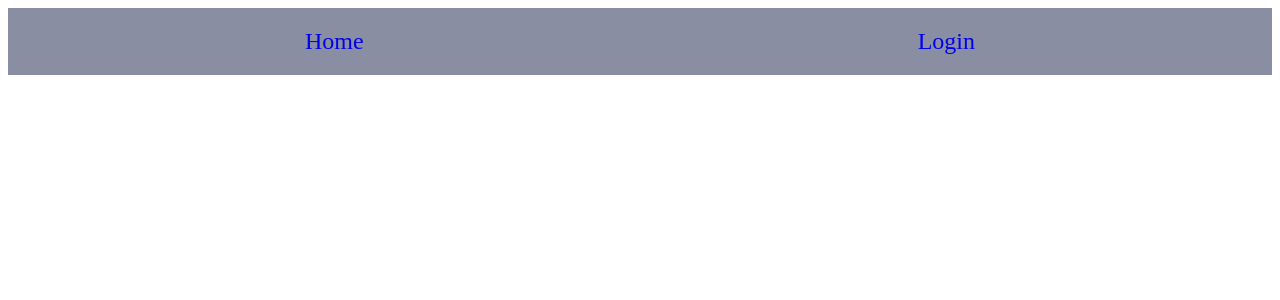
Repository: albinsabu2023/postapp
Page: /login
The author's editor kept a copy of each file at every save. The page is drawn from the files as they stood at one save, then again after the next save.
The browser window is 1280 px wide. The pictures show the whole page.
The project was rebuilt for these pictures with package versions that can differ from the ones it lists, and the page was loaded fresh each time. Also part of the build but not shown: src/Components/Home.tsx.

Above is the page before, as saved 2024-02-05 00:09:38.

### src/App.tsx
import  {BrowserRouter as Router,Routes,Route} from "react-router-dom"
import './App.css';
import Home from "./Components/Home";
import Login from "./Components/Login";
import Navbar from "./Components/Navbar";


function App() {
  return (
    <div className="App">
      <Router>
         <Navbar/>
        <Routes>
          <Route path ="/" element={<Home/>}/>
          <Route path="/login" element={<Login/>}/>
        </Routes>
      </Router>
    </div>
  );
}

export default App;

### src/Components/Login.tsx
import React from 'react'

function Login() {
  return (
    <div>

    </div>
  )
}

export default Login

### src/Components/Navbar.tsx
import React from 'react'
import { Link } from 'react-router-dom'
import  "./Navbar.css"
function Navbar() {
  return (
    <div className="navContainer">
        <Link to ="/">Home</Link>
        <Link to ="Login">Login</Link>
    </div>
  )
}

export default Navbar

### src/Components/Navbar.css
.navContainer{
    display: flex;
    align-items: center;
    justify-content: space-around;
    background-color: rgb(138, 142, 162);
    padding: 20px;


}
.navContainer :link{
    text-decoration: none;
    font-size: x-large;
    text-decoration-color: white;
}

Loaded but not shown: public/index.html (common file); src/index.tsx (common file); src/App.css (common file)

After the next save:
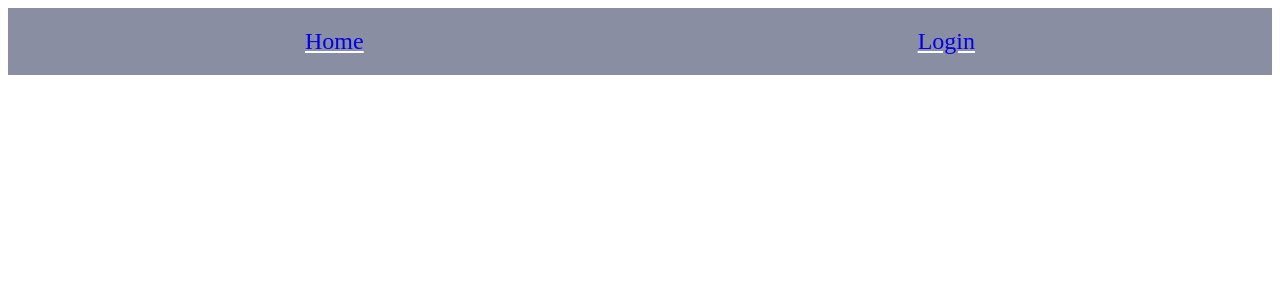
Saved 7 s later.
--- a/src/Components/Navbar.css
+++ b/src/Components/Navbar.css
@@ -8,7 +8,7 @@
 
 }
 .navContainer :link{
-    text-decoration: none;
+
     font-size: x-large;
     text-decoration-color: white;
 }
